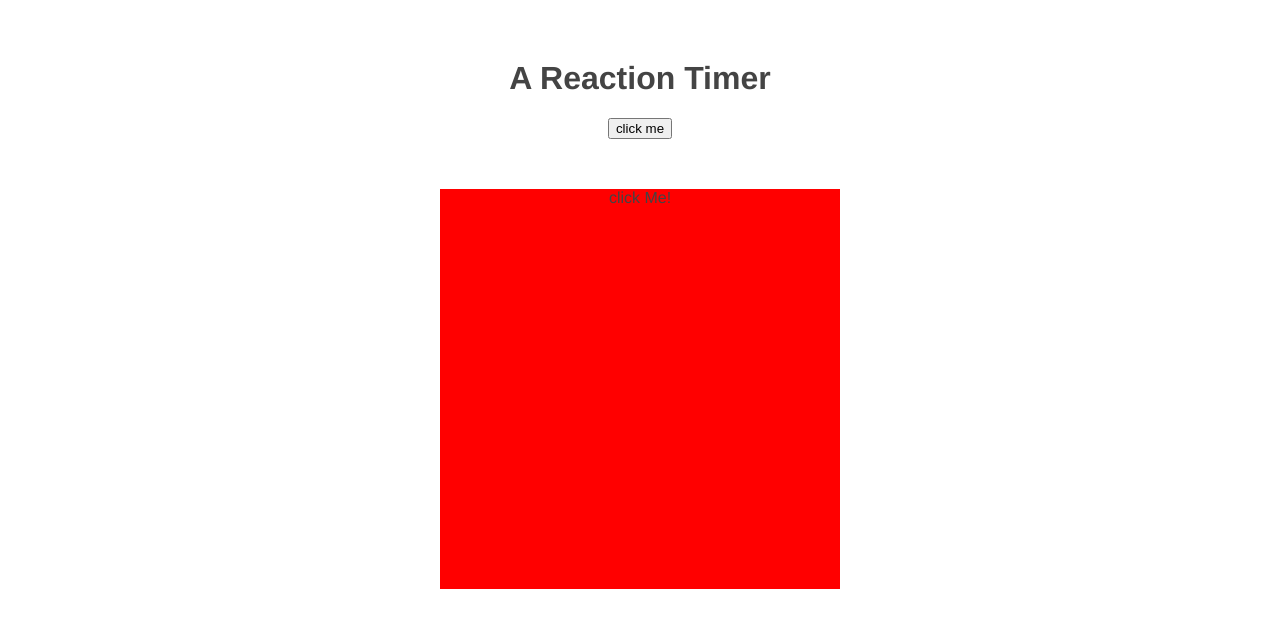
Repository: qudos4real/reaction-timer
Page: /, after clicking the first element matching `button`
The author's editor kept a copy of each file at every save. The page is drawn from the files as they stood at one save, then again after the next save.
The browser window is 1280 px wide. The pictures show the whole page.
The project was rebuilt for these pictures with package versions that can differ from the ones it lists, and the page was loaded fresh each time. Also part of the build but not shown: vue.config.js.

Above is the page before, as saved 2022-12-27 22:33:35.

After the next save:
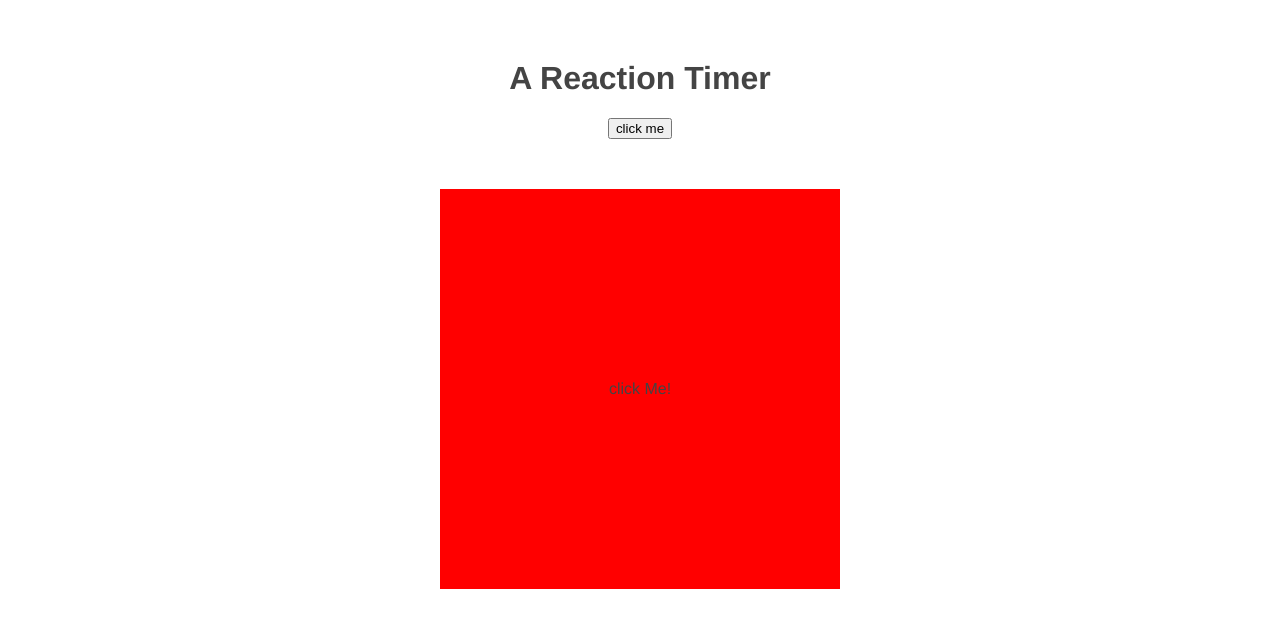
Saved 17 s later.
--- a/src/components/Block.vue
+++ b/src/components/Block.vue
@@ -16,6 +16,7 @@ export default {
     height: 400px;
     text-align: center;
     margin: 50px auto;
+    line-height: 400px;
     background-color: red;
 }
 </style>
